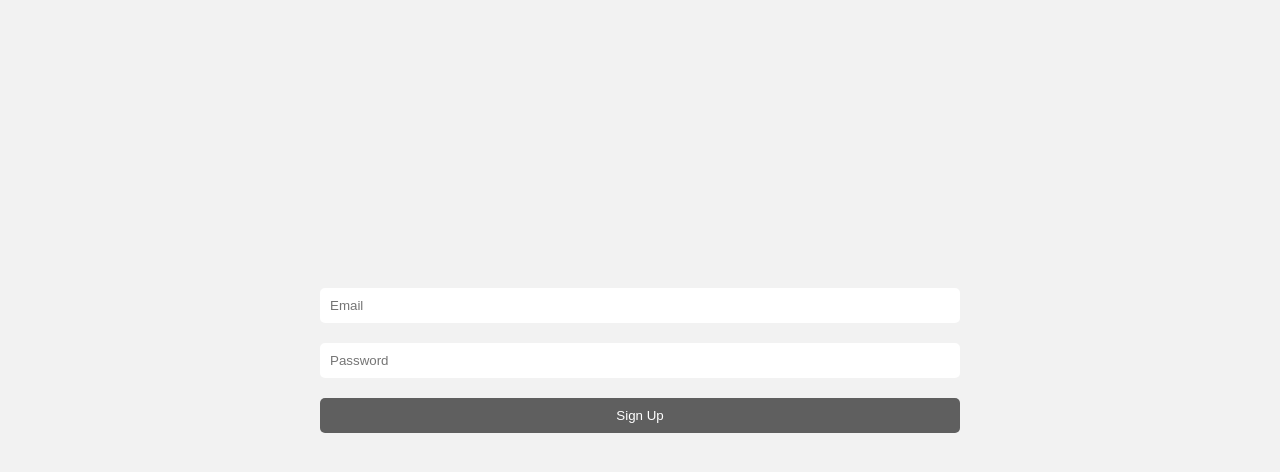
Repository: jegramin/node-auth-frontend
Page: /signup
The author's editor kept a copy of each file at every save. The page is drawn from the files as they stood at one save, then again after the next save.
The browser window is 1280 px wide. The pictures show the whole page.
The project was rebuilt for these pictures with package versions that can differ from the ones it lists, and the page was loaded fresh each time. Also part of the build but not shown: src/components/blog/blog.js, src/components/blog/Blogs.js, src/components/blog/blogDetail.js, src/components/blog/blogCreate.js, src/components/authentication/login.js.

Above is the page before, as saved 2020-11-11 14:07:03.

After the next save:
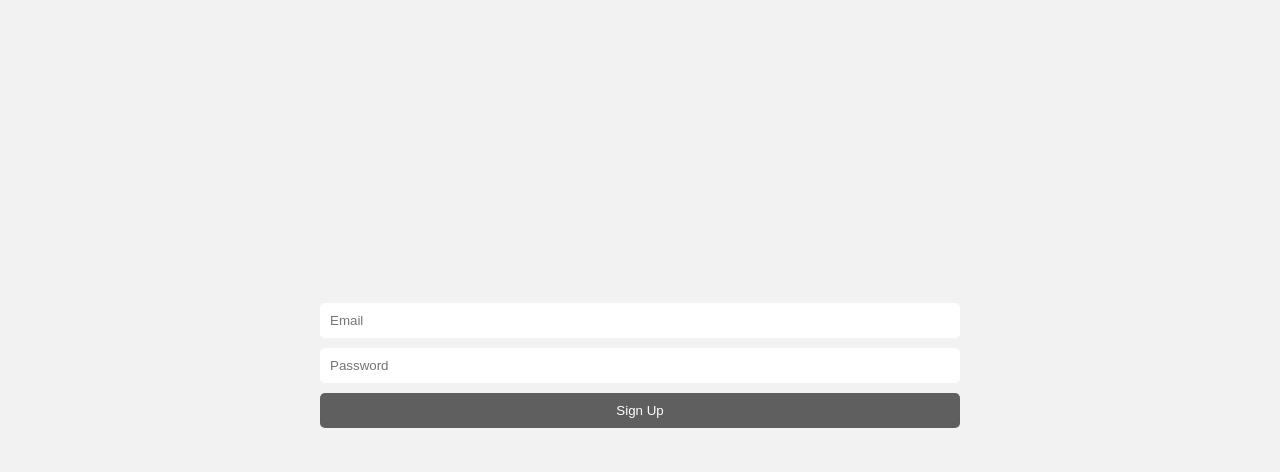
Saved 47 s later.
--- a/src/App.css
+++ b/src/App.css
@@ -102,7 +102,7 @@ h1 {
 }
 .form input, .form textarea {
   padding: 10px;
-  margin: 10px 0px;
+  margin: 10px 0px 0px 0px;
   border: none;
   border-radius: 5px;
 }
